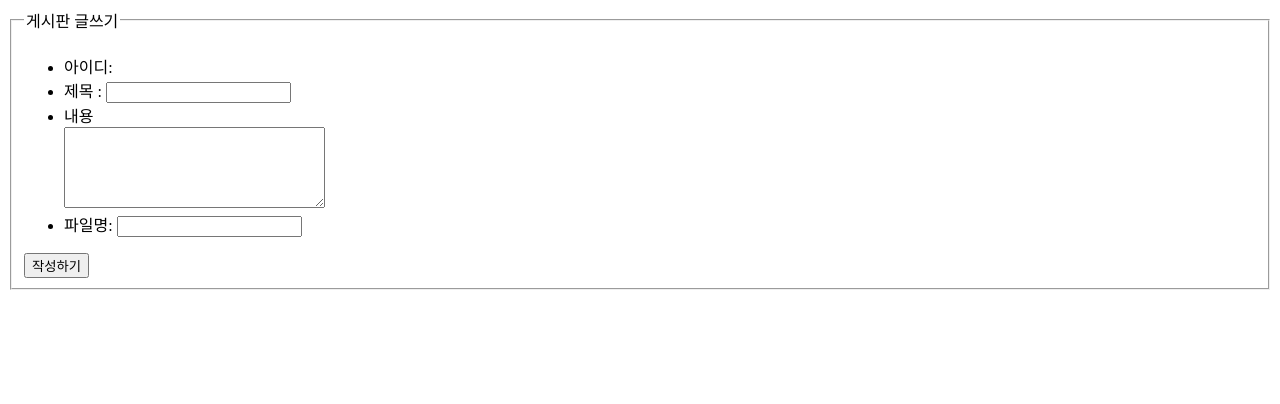
Repository: khy4701/JavaServerPage-Servlet
Page: http://localhost/07.BoardProejct/WriteForm.jsp
An editor plug-in stored every save of this project. The page is shown before and after the next save, followed by the edit.
The browser window is 1280 px wide. The pictures show the whole page.
The page is served by Tomcat 9.

Above is the page before, as saved 2016-07-25 05:45:43.

After the next save:
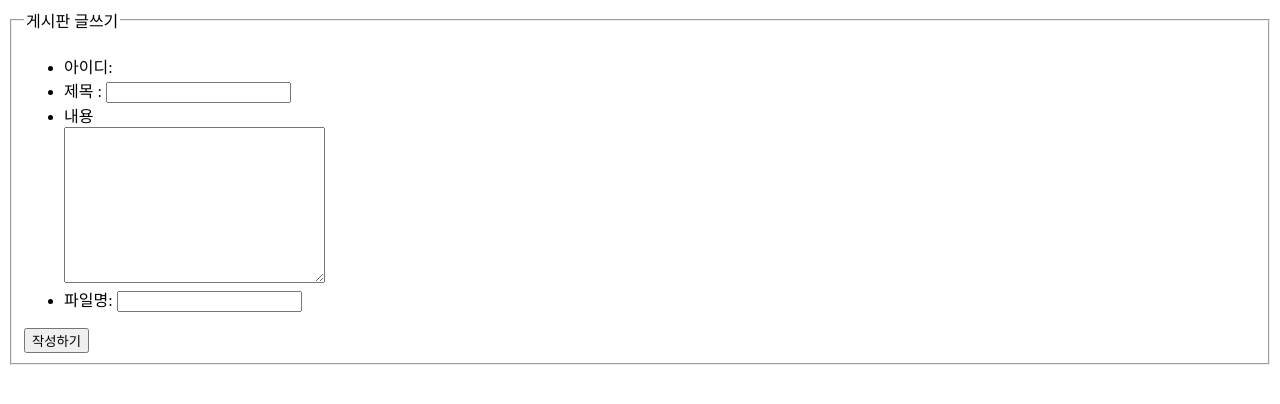
Saved 17 s later.
--- a/07.BoardProejct/WebContent/WriteForm.jsp
+++ b/07.BoardProejct/WebContent/WriteForm.jsp
@@ -15,7 +15,7 @@
 	<ul>
 		<li> 아이디: ${ sessionScope.id } <input type="hidden" name="id" value = "${ sessionScope.id }"></li>
 		<li> 제목 : <input type="text" name="title"></li>
-		<li> 내용  <br> <textarea rows="5" cols="30" name="content"></textarea></li>
+		<li> 내용  <br> <textarea rows="10" cols="30" name="content"></textarea></li>
 		<li> 파일명: <input type="text" name="fileName"></li>
 	</ul>
 	<input type ="submit" value="작성하기">
